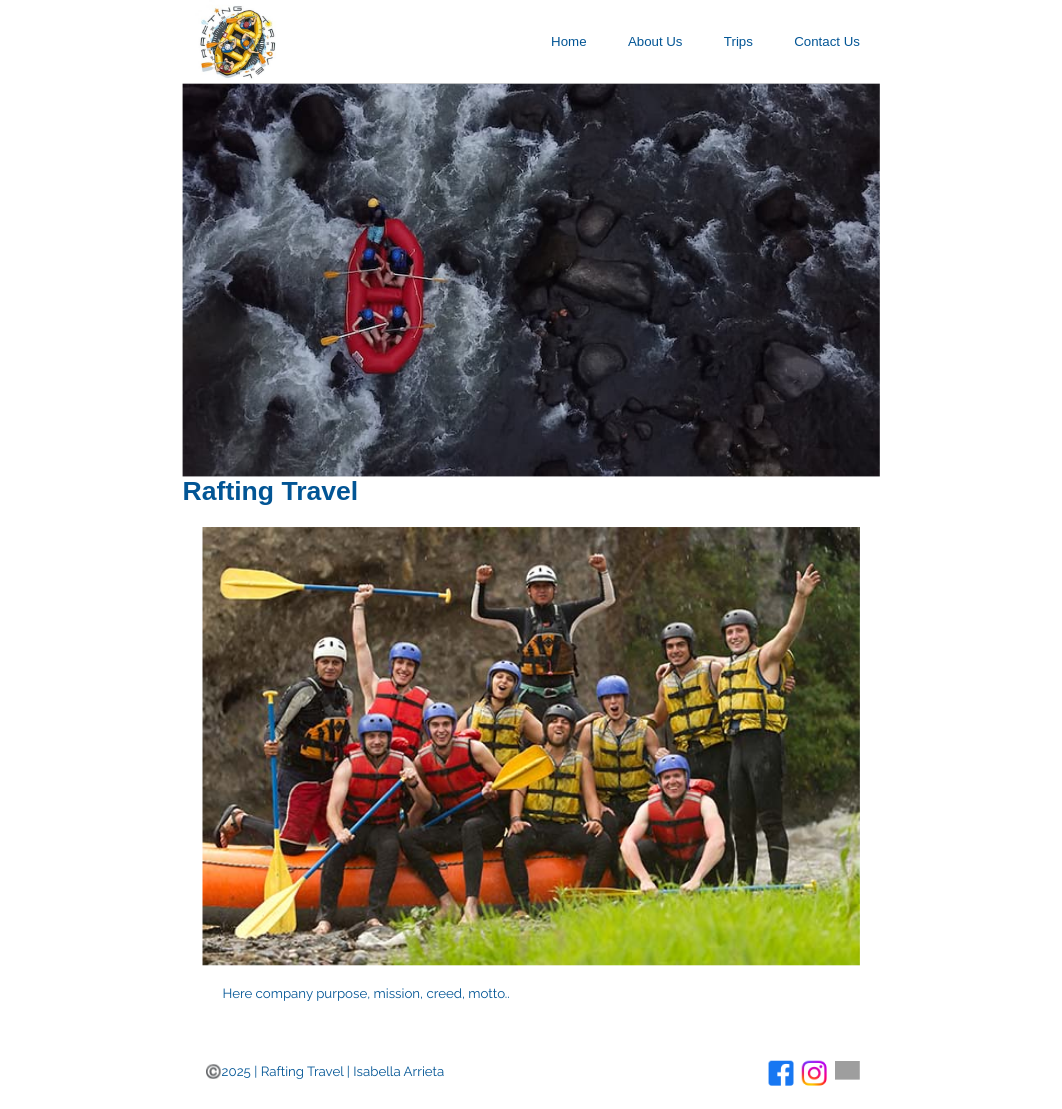
Repository: isaAJ05/wdd130
Page: wwr/index.html
The author's editor kept a copy of each file at every save. The page is drawn from the files as they stood at one save, then again after a run of saves.
The browser window is 1280 px wide. The pictures show the whole page, at 83% of full size.
Pictures or frames that could not be fetched are drawn as grey boxes. Some web fonts or font styles are not loaded; a fallback is used.

Above is the page before, as saved 2025-06-16 19:51:11.

### wwr/index.html
<!DOCTYPE html>
<html lang="en">
<head>
    <meta charset="UTF-8">
    <meta name="viewport" content="width=device-width, initial-scale=1.0">
    <title>Home-Rafting Travel</title>
    <meta name="description" content="Main page: Rafting Travel">
    <meta name="author" content="Isabella Arrieta">
    <link rel="stylesheet" href="styles/rafting.css">
    <link rel="preconnect" href="https://fonts.googleapis.com">
    <link rel="preconnect" href="https://fonts.gstatic.com" crossorigin>
    <link href="https://fonts.googleapis.com/css2?family=Play:wght@400;700&family=Raleway:ital,wght@0,100..900;1,100..900&display=swap" rel="stylesheet">
</head>
<body>
    <header>
        <img src ="images/z-raftingcompas.jpg" alt="Rafting Company Logo">
    <nav>
        <a href="index.html">Home</a>
        <a href="about.html">About Us</a>
        <a href="trips.html">Trips</a>
        <a href="contact.html">Contact Us</a>
    </nav>
    </header>
    <main>
        <div class="hero">
            <img src="images/rafting16_1024.jpg" alt="Rafting">
            <h1>Rafting Travel</h1>
            <article>
                <img src="images/rafting59_600.jpg" alt="Happy Client">
                <p>Here company purpose, mission, creed, motto..</p>
            </article>
        </div>
        </main>
    <footer>
        <p>©️2025 | Rafting Travel | Isabella Arrieta</p>
        <nav class="socialmedia">
            <a href="https://www.facebook.com/">
                <img src="images/facebook.webp" alt="Facebook" width="30">
            </a>
            <a href="https://www.instagram.com/">
                <img src="images/instagram.webp" alt="Instagram" width="30">
            </a>
            <a href="https://x.com/home">
                <img src="images/x.webp" alt="X" width="30">
            </a>
        </nav>
    </footer>
</body>
</html>

### wwr/styles/rafting.css
:root {
    --primary-color: #FC9F1C;
    --secondary-color: #FFE77C;
    --accent1-color: #025595;
    --accent2-color: #A6DEF6;
    --heading-font: "Play", sans-serif;
    --body-font: "Raleway", sans-serif;
}

header {
    margin: 1rem auto;
    background-color: #fff;
    color: var(--secondary-color);
    display: grid;
	grid-template-columns: 1fr 1fr;
    align-items: center;
    border-bottom: 1px solid #ccc;

}
header img {
    width: 100px;
    height: auto;
    margin-left: 16px;
}
*{
    margin: 0;
    padding: 0;
    box-sizing: border-box;
}
body {
    font-family: var(--body-font);
    color: var(--accent1-color);
}
 header, main, footer {
    width: 840px;
    margin: 0 auto;
}
h1, h2{
    font-family: var(--heading-font);
    color: var(--accent1-color);
}
p, section, article{
    margin: 16px;
    padding: 8px;
}
.History {
    display: grid;
	grid-template-columns: 1fr 1fr 1fr;
    align-items: center;
    grid-gap: 1px;
}
.History h2{
    grid-column: 1/4;
    text-align: center;

}
.History img{
    width: 100%;
    height: auto;
}
.Adventure {
    display: grid;
    grid-template-columns: 1fr 1fr 1fr 1fr 1fr;
    align-items: center;
    grid-gap: 15px;
}
.Adventure h2{
    grid-column: 1/6;
    text-align: center;
}
.Adventure img{
    width: 100%;
    height: auto;
}
figcaption {
    text-align: center;
}
nav {
    margin: 16px;
    padding: 8px;
    display: flex;
    justify-content: space-between;
	flex: 1 1 auto;

}
nav a {
    text-decoration: none;
    font-family: var(--heading-font);
    color: var(--accent1-color);
}
nav a:hover {
    color: var(--primary-color);
    text-decoration: underline;
}

.socialmedia a{
    text-decoration: none;
}
.socialmedia {
    justify-content: right;
    gap: 10px;
}

.herodiv{
    position: relative;
    margin: 1em auto;

}

.herodiv img{
    display: block;
    width: 100%;
    height: auto;
}

.herodiv h1{
    position: absolute;
    top: 20px;
    width: 100%;
    padding: 16px;
    text-align: center;
    opacity: 0.9;
    background-color: var(--accent1-color);
    color: #ffffff;

}

.herodiv article{
    position: absolute;
    top: 150px;
    left: 5px;
    width: 800px;
    opacity: 0.9;
    background-color: var(--accent1-color);
    color: #ffffff;
}
.herodiv article img{
    float: right;
    width: 230px;
    padding: 8px;
}
footer {
    display: flex;

}
footer p {
    margin: 19px;
    padding: 8px;

}
.rectangle-3 {
	width: 840px;
	height: 159px;
	padding: 8px 8px 8px 8px;
	background:var(--accent1-color);
    margin: 0 auto;
    display: flex;
    flex-direction: column;
    align-items: center;
    justify-content: center;
	border-radius: 3px 3px 3px 3px;

}
.rectangle-3 .header-3 {
    width: 463px;
	height: 36px;
	color: #FFFFFF;
	font-family: var(--heading-font);
	font-weight: 700;
	font-size: 30px;
	line-height: 1.2;
	text-align: center;
}
.we-love-questions-and-feedback-and-we-re-always- {
	width: 418px;
	height: 44px;
	color: #FFFFFF;
	font-family: var(--body-font);
	font-weight: 400;
	font-size: 13px;
	line-height: 1.4;
	text-align: center;
}
.rectangle-4 {
	width: 840px;
	height: 348px;
	background: #FFFFFF;
	border-radius: 3px 3px 3px 3px;
    display: flex;
    align-items: flex-start;
}
.column-text{
    flex:1;
    padding: 20px;
    align-items: center;
}
.column-text .block{
    flex:1;
}

.column-map {
    flex: 1;
    text-align: right;;
}

.column-map iframe {
	max-width: 463px;
	height: 348px;
	background: #00000000;

}


.header-14 {
	width: 223px;
	color: var(--accent1-color);
	font-family: var(--body-font);
	font-weight: 700;
	font-size: 24px;
	line-height: 1.2;
    text-align: left;
    margin-top: 34px;
}
.jackson-wyoming-ee-uu- {

    margin-top: 35px;
	color: var(--accent1-color);
	font-family: var(--body-font);
	font-weight: 600;
	font-size: 16px;
	line-height: 1.1;
	text-align: left;
    padding-left: 6px;
}


.address-phone-and-email {
    margin-top: 20px;
	color: var(--accent1-color);
	font-family: var(--body-font);
	font-weight: 400;
	font-size: 11px;
	line-height: 1.5;
	text-align: left;
}
.address-phone-and-email img {
	width: 18px;
	height: 18px;
}
.address-phone-and-email figure {
    display: flex;
    gap: 10px;
    margin: 0;
    margin-top: 10px;
}



.rectangle-5 {
	width: 840px;
	height: 240px;
    padding: 20px 20px 20px 20px;
	background: var(--accent1-color);
	border-radius: 3px 3px 3px 3px;
    display: grid;
    grid-template-columns: 1fr 1fr 1fr;
    align-items: center;
    justify-items: center;
}
.rectangle-5 img {
	width: 120px;
	height: 135px;
	background: #00000000;
}

.rectangle-5 figcaption {
	width: 111px;
	height: 15px;
	color: #FFFFFF;
	font-family: var(--body-font);
	font-weight: 500;
	font-size: 14px;
	line-height: 1.1;
	text-align: center;
}

.header-16 {
	width: 223px;
	height: 48px;
	color: #FFFFFF;
	font-family: var(--heading-font);
	font-weight: 700;
	font-size: 24px;
	line-height: 1.2;
	text-align: center;
    grid-column: 1/4;
    margin: 0 auto;
}

.rectangle-6 {
	width: 840px;
	height: 551px;
	padding: 8px 8px 8px 8px;
	background: #EDF0F4;
	border-radius: 3px 3px 3px 3px;
}
.rectangle-6 h2{
    margin-top: 48px;
	color: #3B4754;
	font-family: var(--heading-font);
	font-weight: 700;
	font-size: 24px;
	line-height: 1.2;
	text-align: center;
}

.rectangle-6 p {
	color: #4f6278;
	font-family: var(--body-font);
	font-weight: 400;
	font-size: 13px;
	line-height: 1.5;
	text-align: center;
}

.rectangle-6 .row {
    display: flex;
    gap: 20px;
    align-items: center;
    justify-content: center;
    padding-top: 16px;
    padding-bottom: 16px;

}

.rectangle-6 .form-title {
    display: flex;
    flex-direction: column;

}
.rectangle-6 .form-title label{
	width: 31px;
	height: 12px;
	color: #3B4754;
	font-family: var(--body-font);
	font-weight: 700;
	font-size: 11px;
	line-height: 1.1;
	text-align: left;
}
.rectangle-6 .form-title input{
	width: 225px;
	height: 28px;
	background: #FFFFFF;
	color: #9FAFC1;
	border-color: #C9D3DD;
	border-width: 2px;
	border-style: solid;
	border-radius: 4px 4px 4px 4px;
	font-family: var(--body-font);
	font-weight: 400;
	font-size: 12px;
	text-align: left;
    margin-top: 4px;
}
.rectangle-6 .title label{
	width: 31px;
	height: 12px;
	color: #3B4754;
	font-family: var(--body-font);
	font-weight: 700;
	font-size: 11px;
	line-height: 1.1;
	text-align: left;
    padding-left: 176px;
}
.radio{
    padding-left: 176px;

}

input[type="radio"]{
	background: #FFFFFF;
	border-color: #C9D3DD;
	border-width: 1.5px;
	border-style: solid;
}
.radio label {
    font-family: var(--body-font);
	font-weight: normal;
	font-size: 12px;
	text-align: left;
    color: #232323;
}
.rectangle-6 .textarea {
    display: flex;
    flex-direction: column;
    align-items: center;
    justify-content: center;
}
.rectangle-6 .textarea textarea {
    width: 469px;
	height: 99px;
	background: #FFFFFF;
	color: #000000;
	border-color: #C9D3DD;
	border-width: 2px;
	border-style: solid;
	border-radius: 4px 4px 4px 4px;
	font-family: var(--body-font);
	font-weight: 400;
	font-size: 12px;
	text-align: left;

}
.check {
    padding-left: 260px;
    padding-top: 20px;
    padding-bottom: 16px;
}
.check checkbox {
	width: 371px;
	height: 19px;
	background: #FFFFFF;
	border-color: #C9D3DD;
	border-width: 1.5px;
	border-style: solid;

}

.check label{
    font-family: var(--body-font);
	font-weight: normal;
	font-size: 12px;
	text-align: left;
	color: #4f6278;;
}
.send {
    padding-left: 360px;
}
.rectangle-6 button {
	width: 100px;
	height: 28px;
	padding: 0px 10px 0px 10px;
	background: var(--accent1-color);
	color: #FFFFFF;
	border-color: #3B4754;
	border-width: 1px;
	border-style: solid;
	border-radius: 2px 2px 2px 2px;
	font-family: var(--body-font);
	font-weight: 700;
	font-size: 10px;
	text-align: center;

}
.rectangle-6 button:hover {
    background: var(--primary-color);
    color: #fff;
    cursor: pointer;
}
.hero {
  position: relative;
}
.hero img {
  width: 100%;
  display: block;
}
.hero-title {
  position: absolute;
  top: 40%;
  left: 10%;
  color: white;
  font-size: 2.5rem;
}

After the next 2 saves:
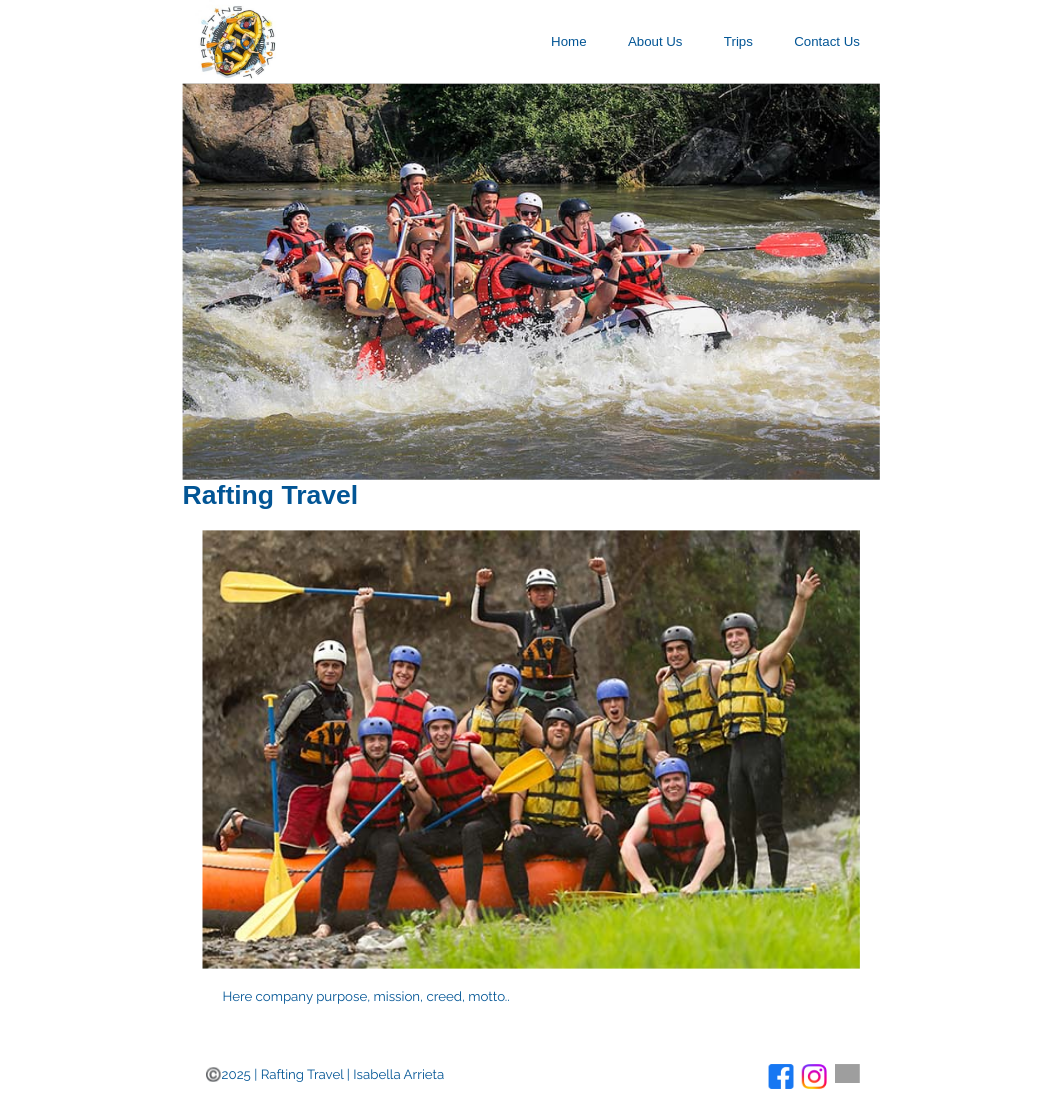
The 2 saves are shown as one change because they came seconds apart.
The last was saved 7 min 53 s later.
--- a/wwr/index.html
+++ b/wwr/index.html
@@ -23,7 +23,7 @@
     </header>
     <main>
         <div class="hero">
-            <img src="images/rafting16_1024.jpg" alt="Rafting">
+            <img src="images/rafting10_1024.jpg" alt="Rafting">
             <h1>Rafting Travel</h1>
             <article>
                 <img src="images/rafting59_600.jpg" alt="Happy Client">
